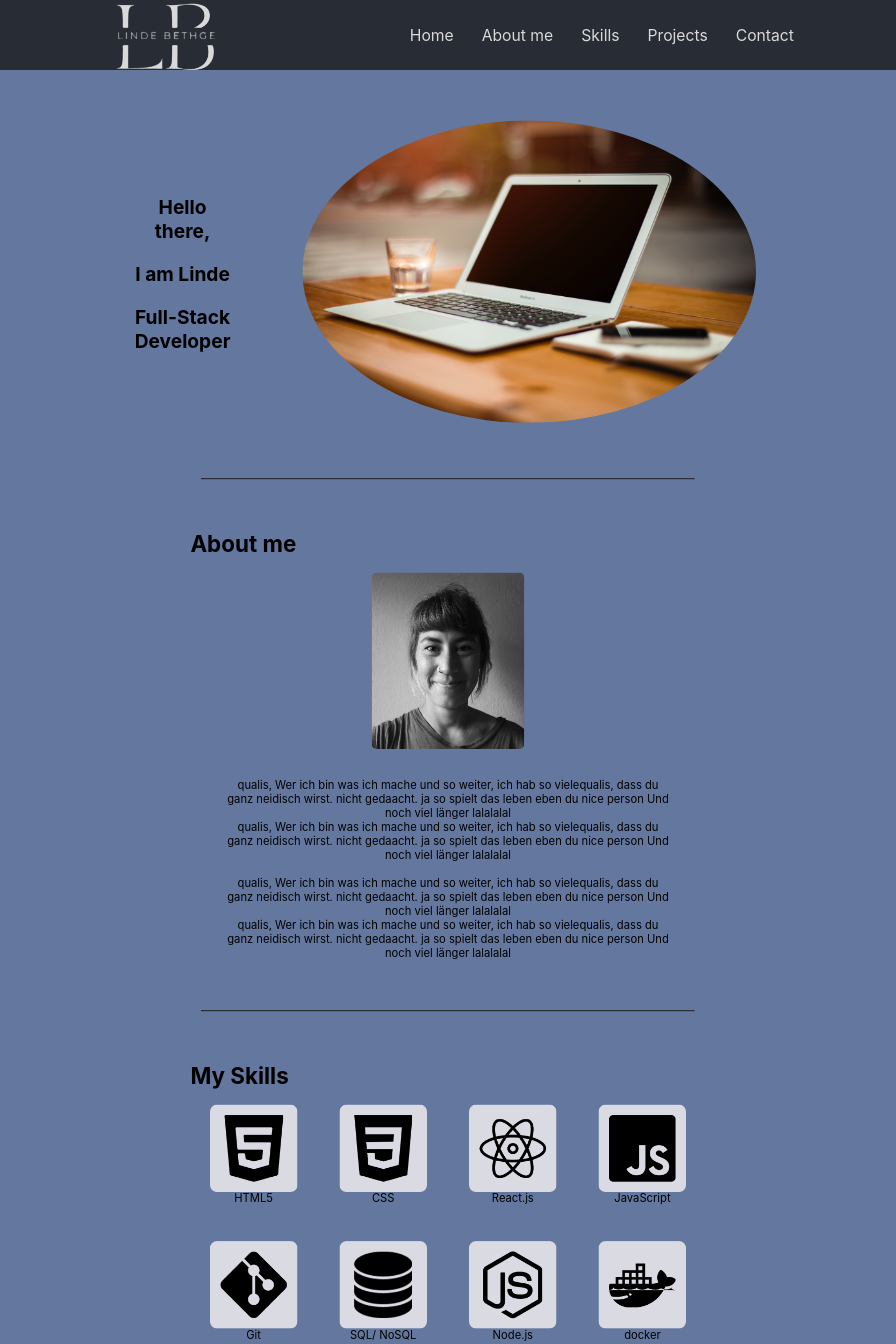
Repository: tiliax/linde-bethge
Page: /
An editor plug-in stored every save of this project. The page is shown before and after a run of saves, followed by the edit.
The browser window is 1280 px wide. The pictures show the part of the page from y = 0 to 1920 px (the page is 3420 px tall), at 70% of full size.
The project was rebuilt for these pictures with package versions that can differ from the ones it lists, and the page was loaded fresh each time.

Above is the page before, as saved 2023-03-06 21:00:14.

### src/App.js
import './App.css';
import Header from './Components/Header';
import Main from './Components/Main'

function App() {
  return (
    <div className="App">
      <Header />
      <Main />
    </div>
  );
}

export default App;

### src/App.css
.App {
  text-align: center;
}

/* //HEADER// */
.header {
  background-color: #282c34;
  font-size: calc(8px + 2vmin);
  padding:1.1% ;
  position:sticky;

}

/* navbar */
.logoimg {
  height: 30vh;
  margin-top: 5%;
}

.navbar {
  display:flex;
  /* position:relative; */
  justify-content: space-around;
  align-items: center;
  height: 10vh;
}

nav li {
  display: inline-block;
}

.navlinks a {
  margin: 20px;
  color: #d9d9d9;
  text-decoration: none;
}

.navlinks a:hover {
  /* font-size: calc(12px + 2vmin); */
  color: #5e6e8f;
}

/* //MAIN// */
.main {
  background-color: #64789f;
}

hr {
  border-color: black;
  margin-left: 40vh;
  margin-right: 40vh;
  margin-bottom: 5vh;
  margin-top: 10vh;
}

h1 {
  display: flex;
  margin-top: 10vh;
  margin-left: 20vh;
}

/* //HOME// */
.home {
  display: flex;
  justify-content: center;
  padding-top: 5vh;
  align-items: center;
  margin-left: 10vw;
  margin-right: 10vw;
}

.home li {
  list-style: none;
  font-size: calc(13px + 2vmin);
  margin-top: 5vh;
}

.profiltext p {
  /* font-style: italic; */
  font-weight: bold;
  margin-right: 8vw;
  margin-left: 5vw;
}

.profil {
  height: 60vh;
  width: auto;
  margin-top: 3,5vh;
  margin-bottom: 3,5vh;
  margin-right: 10vh;
  border-radius: 50%;
}

/* //ABOUT ME// */
.aboutme {
  margin-left: 10vw;
  margin-right: 10vw;
  /* margin-top: 10vh; */
}
.aboutme img {
  height: 35vh;
  border-radius: 7px;
  margin-bottom: 3vh;
}

.aboutme p {
  width: 50vw;
  margin-left: auto;
  margin-right: auto;
}

/* //SKILLS// */
.skills {
  margin-left: 10vw;
  margin-right: 10vw;
}

.skillimages1 {
  display: flex;
  justify-content: center;
  margin-bottom: 5vh;
}

.skillimages2 {
  display: flex;
  justify-content: center;
}
.item {
  background-color: rgb(218, 218, 226);
  width: 9vw;
  height: auto;
  margin-left: 30px;
  margin-right: 30px;
  margin-bottom: -3vh;
  padding: 5px;
  border-radius: 10px;
}

/* //PROJECTS// */
.myprojects {
  margin-left: 10vw;
  margin-right: 10vw;
}

/* Freebox */
.freebox {
  display: flex;
  justify-content: space-around;
  margin-left: 12.5vw;
  margin-right: 8vw;
  margin-bottom: 10vh;
  font-size: 2.5vh;
  align-items: center;
}

.freeboximage {
  height: auto;
  width: 50vh;
  margin-right: 3vw;
  border-radius: 5px;
}

.freeboxinfo {
  margin-top: -3vh;
  margin-right: 7vw;
  text-align: left;
}

.freeboxinfo button {
  margin-right: 10px;
  padding: 3% 4%;
  border-radius: 10px;
  border: none;
  background-color: #282c34;
  color: #d9d9d9;
}

.freeboxinfo button:hover {
  background-color: #1a1a40;
}

/* Pokefight */
.pokefight {
  display: flex;
  justify-content: space-around;
  margin-left: 12.5vw;
  margin-right: 8vw;
  font-size: 2.5vh;
  align-items: center;
}

.pokefightimage {
  height: auto;
  width: 50vh;
  margin-right: 3vw;
  border-radius: 5px;
}

.pokefightinfo {
  margin-top: -3vh;
  margin-right: 7vw;
  text-align: left;

}

.pokefightinfo button {
  margin-right: 10px;
  padding: 3% 4%;
  border-radius: 10px;
  border: none;
  background-color: #282c34;
  color: #d9d9d9;
}

.pokefightinfo button:hover {
  background-color: #1f1f23;
}

/* //CONTACT// */
.contact {
  margin-left: 10vw;
  margin-right: 10vw;
}

.contactinfo {
  width: 50vw;
  margin-left: auto;
  margin-right: auto;
  text-align: left;
}

/* Linkedin */
.linkedin {
  height: auto;
  width: 7vh;
  margin-right: 1.5vw;
}

/* Mail  */
.mail {
  height: auto;
  width: 7vh;
  margin-right: 1.5vw;
  border-radius: 5px;
}

/* Github */
.github {
  height: auto;
  width: 7vh;
  margin-right: 1.5vw;
}

/* //Footer// */
.footer {
  padding-bottom: 2vh;
}

.footer a {
  margin: 1vw;
  color: black;
}

.footer a:hover {
  color: #282c34;
}

### src/Components/Header.js
import Logo from './images/LB_Logo.png'

const Header = () => {
    return (

        // NAVBAR
        <div className="header">
            <nav className="navbar">
                {/* LOGO */}
                <div className="logo">
                    <a href="#home">
                        <img className="logoimg" src={Logo} alt="logo" />
                    </a>
                </div>
                {/* NAVLINKS */}
                <div className="navlinks">
                    <li><a href="#home">Home</a></li>
                    <li><a href="#aboutme">About me</a></li>
                    <li><a href="#skills">Skills</a></li>
                    <li><a href="#projects">Projects</a></li>
                    <li><a href="#contact">Contact</a></li>
                </div>
            </nav>
        </div>
    );
}

export default Header;

### src/Components/Main.js
import Profil from './images/computerarbeit.jpg'
import myProfil from './images/myProfilSW.jpg'
import HTML from './images/html.png'
import CSS from './images/css.png'
import REACT from './images/react.png'
import JS from './images/js.png'
import GIT from './images/git.png'
import SQLNoSQL from './images/database.png'
import NODEJS from './images/nodejs.png'
import DOCKER from './images/docker.png'
import FREEBOX from './images/freebox.png'
import POKEFIGHT from './images/pokefight.png'
import LINKEDIN from './images/linkedin.png'
import GITHUB from './images/github.png'
import MAIL from './images/mail.png'


const Main = () => {
    return (

        //MAIN//
        <div className="main">

            {/* //HOME// */}
            <div id='home' className="home">
                <li className='profiltext'>
                    <p> Hello there,</p>
                    <p>I am Linde</p>
                    <p>Full-Stack Developer</p>
                </li>
                <li><img className="profil" src={Profil} alt="profil" /></li>
            </div>
            <hr />

            {/* //ABOUT ME// */}
            <div id='aboutme' className="aboutme">
                <h1>About me</h1>
                <img src={myProfil} alt="myProfil" />
                <p> qualis, Wer ich bin was ich mache und so weiter, ich hab so vielequalis, dass du ganz neidisch wirst. nicht gedaacht. ja so spielt das leben eben du nice person Und noch viel länger lalalalal <br /> qualis, Wer ich bin was ich mache und so weiter, ich hab so vielequalis, dass du ganz neidisch wirst. nicht gedaacht. ja so spielt das leben eben du nice person Und noch viel länger lalalalal <br /> <br /> qualis, Wer ich bin was ich mache und so weiter, ich hab so vielequalis, dass du ganz neidisch wirst. nicht gedaacht. ja so spielt das leben eben du nice person Und noch viel länger lalalalal <br /> qualis, Wer ich bin was ich mache und so weiter, ich hab so vielequalis, dass du ganz neidisch wirst. nicht gedaacht. ja so spielt das leben eben du nice person Und noch viel länger lalalalal</p>
            </div>
            <hr />

            {/* //SKILLS// */}
            <div id='skills' className="skills">
                <h1>My Skills</h1>
                <div className="skillimages1">
                    <div className="skilldiv">
                        <img className="item" src={HTML} alt="html" />
                        <p>HTML5</p>
                    </div>
                    <div className="skilldiv">
                        <img className="item" src={CSS} alt="css" />
                        <p>CSS</p>
                    </div>
                    <div className="skilldiv">
                        <img className="item" src={REACT} alt="react" />
                        <p>React.js</p>
                    </div>
                    <div className="skilldiv">
                        <img className="item" src={JS} alt="js" />
                        <p>JavaScript</p>
                    </div>
                </div>
                < div className="skillimages2">
                    <div className="skilldiv">
                        <img className="item" src={GIT} alt="git" />
                        <p>Git</p>
                    </div>
                    <div className="skilldiv">
                        <img className="item" src={SQLNoSQL} alt="sql noSql" />
                        <p>SQL/ NoSQL</p>
                    </div>
                    <div className="skilldiv">
                        <img className="item" src={NODEJS} alt="nodejs" />
                        <p>Node.js</p>
                    </div>
                    <div className="skilldiv">
                        <img className="item" src={DOCKER} alt="docker" />
                        <p>docker</p>
                    </div>
                </div>
            </div>
            <hr />

            {/* //PROJECTS// */}
            <div id='projects' className="myprojects">
                <h1>My Projects</h1>

                {/* Freebox */}
                <div className='freebox'>
                    <div>
                        <a href="#"><img className="freeboximage" src={FREEBOX} alt="freebox" /></a>
                    </div>
                    <div className="freeboxinfo">
                        <p><b>Freebox</b> is an app for bla Freebox is an app for bla Freebox is an app for bla Freebox is an app for bla Freebox is an app for bla Freebox is an app for bla Freebox is an app for bla Freebox is an app for bla Freebox is an app for bla Freebox is an app for bla.
                        </p>
                        <p><b>Technologies used: </b>HTML, CSS, React.js, NodeJS</p>
                        <p><b>Links to my Repositories:</b></p>
                        <a href="https://github.com/tiliax/MyFreebox_FE" target="_blank"><button>Frontend</button></a>
                        <a href="https://github.com/tiliax/MyFreebox_BE" target="_blank"><button>Backend</button></a>
                    </div>
                </div>
                {/* Pokefight */}
                <div className='pokefight'>
                    <div>
                        <a href="#"><img className="pokefightimage" src={POKEFIGHT} alt="pokefight" /></a>
                    </div>
                    <div className="pokefightinfo">
                        <p>The <b>Pokemon</b> App shows all Pokemons and their details. You can pick one and let it fight. Afterwards you can see the game results.
                        </p>
                        <p><b>Technologies used: </b>HTML, CSS, Material-UI, ReactJS, NodeJS, ExpressJS, NoSQL</p>
                        <p><b>Links to my Repositories:</b></p>
                        <a href="https://github.com/tiliax/FE--PokeFight" target="_blank"><button>Frontend</button></a>
                        <a href="https://github.com/honigbienlein/PokeFight" target="_blank"><button>Backend</button></a>
                    </div>
                </div>
            </div>
            <hr />

            <div id='contact' className="contact">
                <h1>Contact me</h1>
                <div className='contactinfo'>
                    <p>Drop a message to say "hello", connect on social media, or see if we can collaborate on something amazing? I am happy to get in touch!</p>
                    <br />
                    <div>
                        <a href="https://www.linkedin.com/in/linde-bethge/" target="_blank"><img className='linkedin' src={LINKEDIN} alt="linkedin" /></a>
                        <a href="#"><img className='mail' src={MAIL} alt="" /></a>
                        <a href="https://github.com/tiliax" target="_blank"><img className='github' src={GITHUB} alt="" /></a>
                    </div>
                </div>
            </div>
            <hr />
            <div className="footer">
                <a href="#">Impressum</a>
                <a href="#">Datenschutz</a>
            </div>

        </div>
    );
}

export default Main;

Loaded but not shown: public/index.html (common file); src/index.js (common file); src/index.css (common file)

After the next 3 saves:
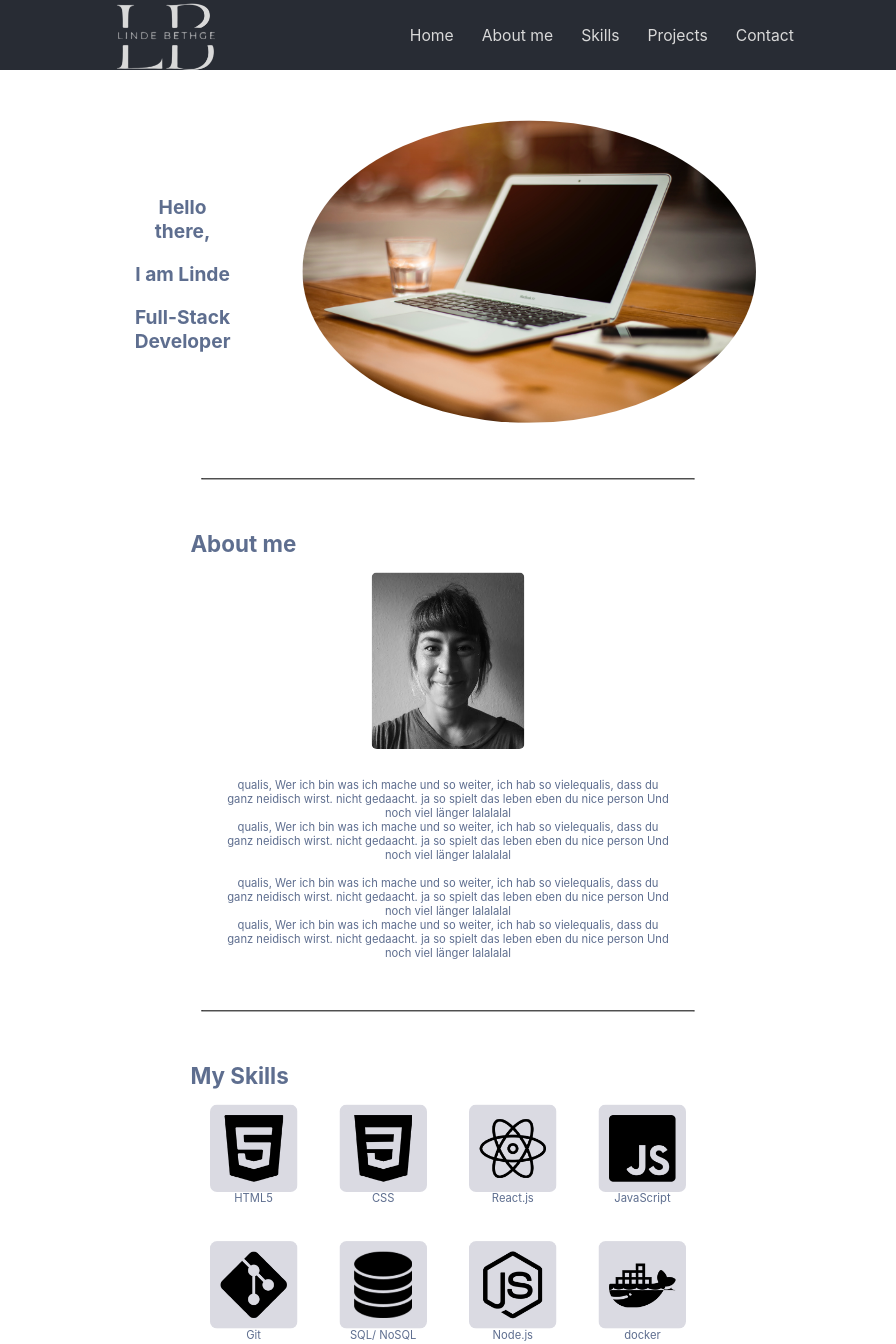
The 3 saves are shown as one change because they came seconds apart.
The last was saved 46 s later.
--- a/src/App.css
+++ b/src/App.css
@@ -42,7 +42,8 @@
 
 /* //MAIN// */
 .main {
-  background-color: #64789f;
+  /* background-color: #64789f; */
+  color: #5e6e8f;
 }
 
 hr {
